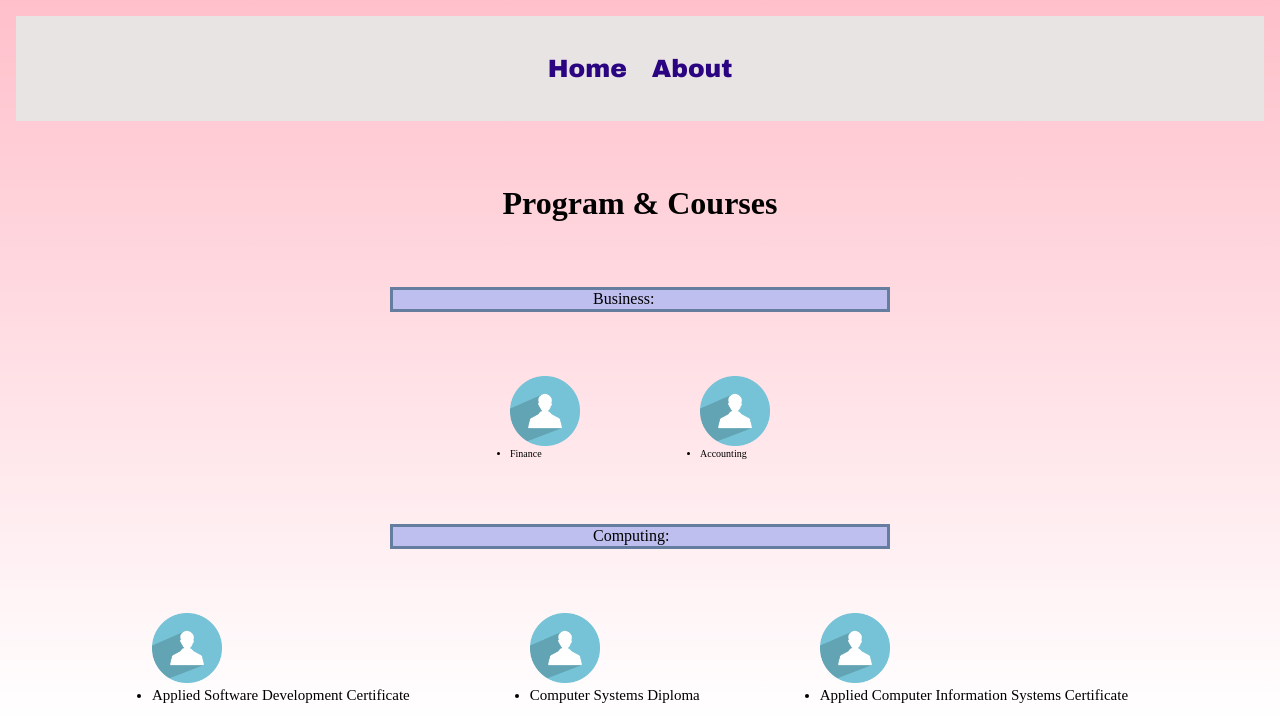
Repository: anoncoderin/madhu-assignment3
Page: /
These files come from the project's save history. The page is drawn as it stood at one moment and after the next save; the edit follows.
The browser window is 1280 px wide. The pictures show the whole page.
The project was rebuilt for these pictures with package versions that can differ from the ones it lists, and the page was loaded fresh each time. The framework's server and built-in components were replaced by stand-ins that run in the browser. Also part of the build but not shown: next.config.js, components/Card/Card.module.css.

Above is the page before, as saved 2023-01-22 23:07:13.

After the next save:
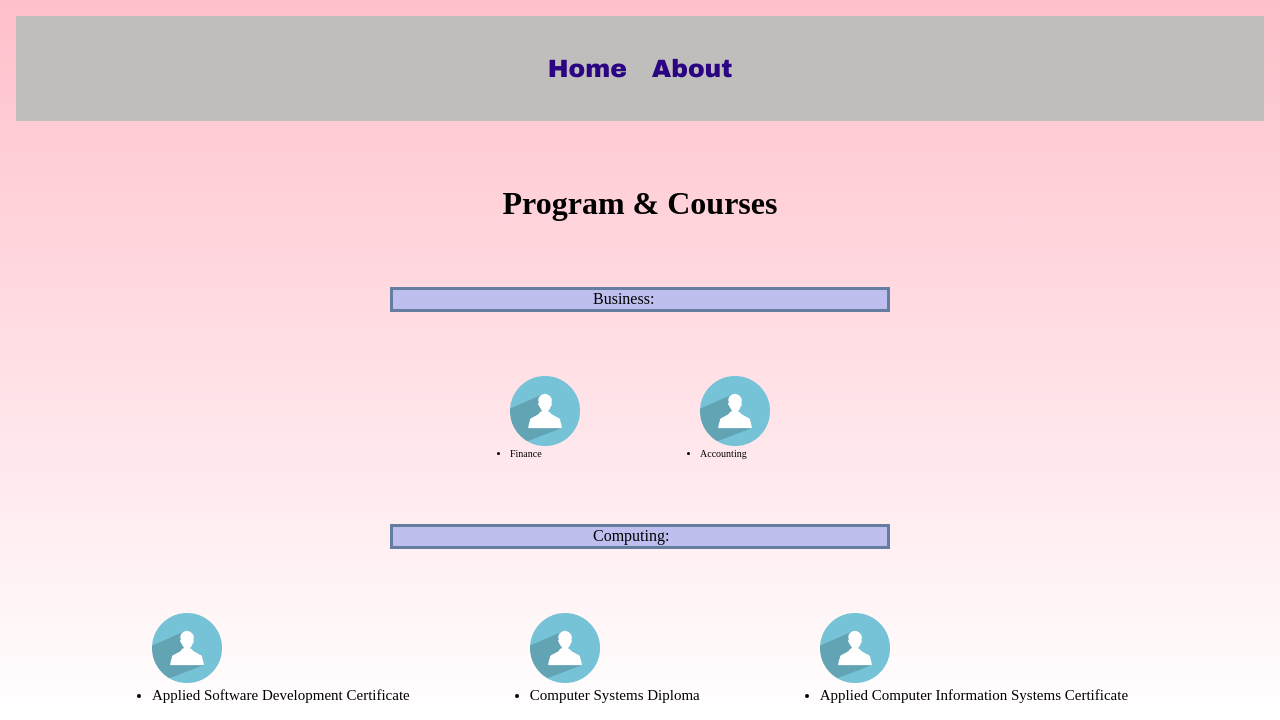
Saved 16 s later.
--- a/styles/Home.module.css
+++ b/styles/Home.module.css
@@ -19,7 +19,7 @@
   justify-content: space-between;
   align-items: center;
       padding: 39px;
-  background-color: rgb(232, 228, 228);
+  background-color: rgb(192, 189, 189);
   color: rgb(42, 4, 129);
 
   font-size: 25px;
